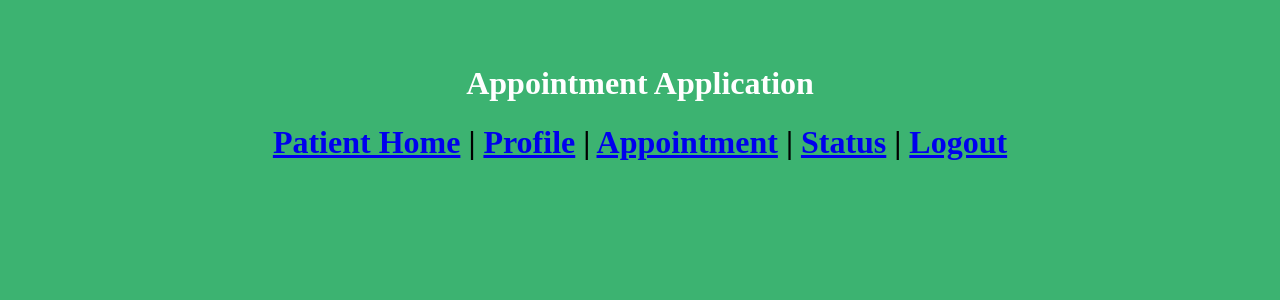
Repository: lsamirl/Exemples
Page: Doctor/WebContent/Patient_home.html
An editor plug-in stored every save of this project. The page is shown before and after the next save, followed by the edit.
The browser window is 1280 px wide. The pictures show the whole page.

Above is the page before, as saved 2021-07-03 23:55:17.

### Doctor/WebContent/Patient_home.html
<html>
<body bgcolor="MediumSeaGreen ">
<br><br>
<h1 align="center" style="color:white;">Appointment Application</h1>

<h1 align="center">
<a href="Patient_home.html">Patient Home</a> |
<a href="profile.jsp">Profile</a> |
<a href="#">Appointment</a> |
<a href="#">Status</a> |
<a href="index.html">Logout</a>

</h1>
</body>
</html>

After the next save:
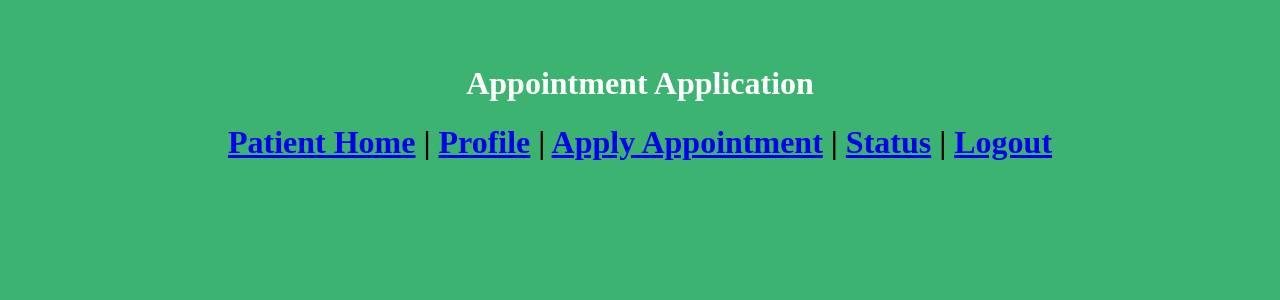
Saved 4 min 5 s later.
--- a/Doctor/WebContent/Patient_home.html
+++ b/Doctor/WebContent/Patient_home.html
@@ -6,7 +6,7 @@
 <h1 align="center">
 <a href="Patient_home.html">Patient Home</a> |
 <a href="profile.jsp">Profile</a> |
-<a href="#">Appointment</a> |
+<a href="apply.jsp">Apply Appointment</a> |
 <a href="#">Status</a> |
 <a href="index.html">Logout</a>
 
